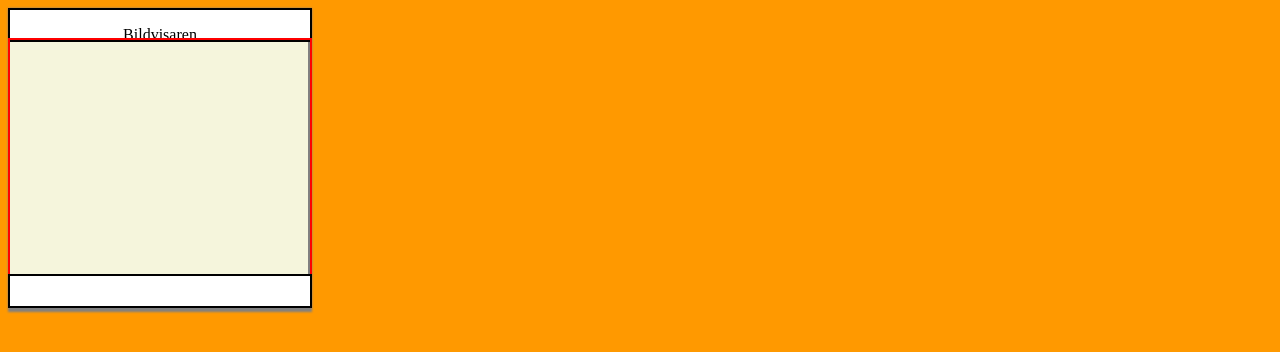
Repository: mi222ep/1dv403-laborationer
Page: 5-projektet/index.html
The author's editor kept a record of every edit. The page is drawn from the files as they stood at one moment, then again after the next edit.
The browser window is 1280 px wide. The pictures show the whole page.
The page's requests for data from a server got no answer.

Above is the page before.

After the next edit:
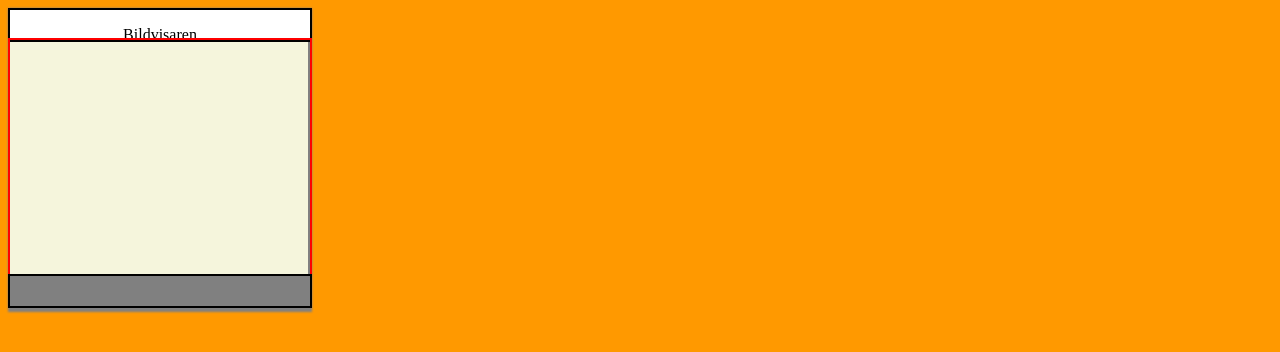
The edit:
--- a/5-projektet/css/style.css
+++ b/5-projektet/css/style.css
@@ -80,7 +80,7 @@
     border: 2px solid red;
 }
 .bottomBar{
-    background-color: white;
+    background-color: gray;
     width: 100%;
     position: absolute;
     bottom: 0;
